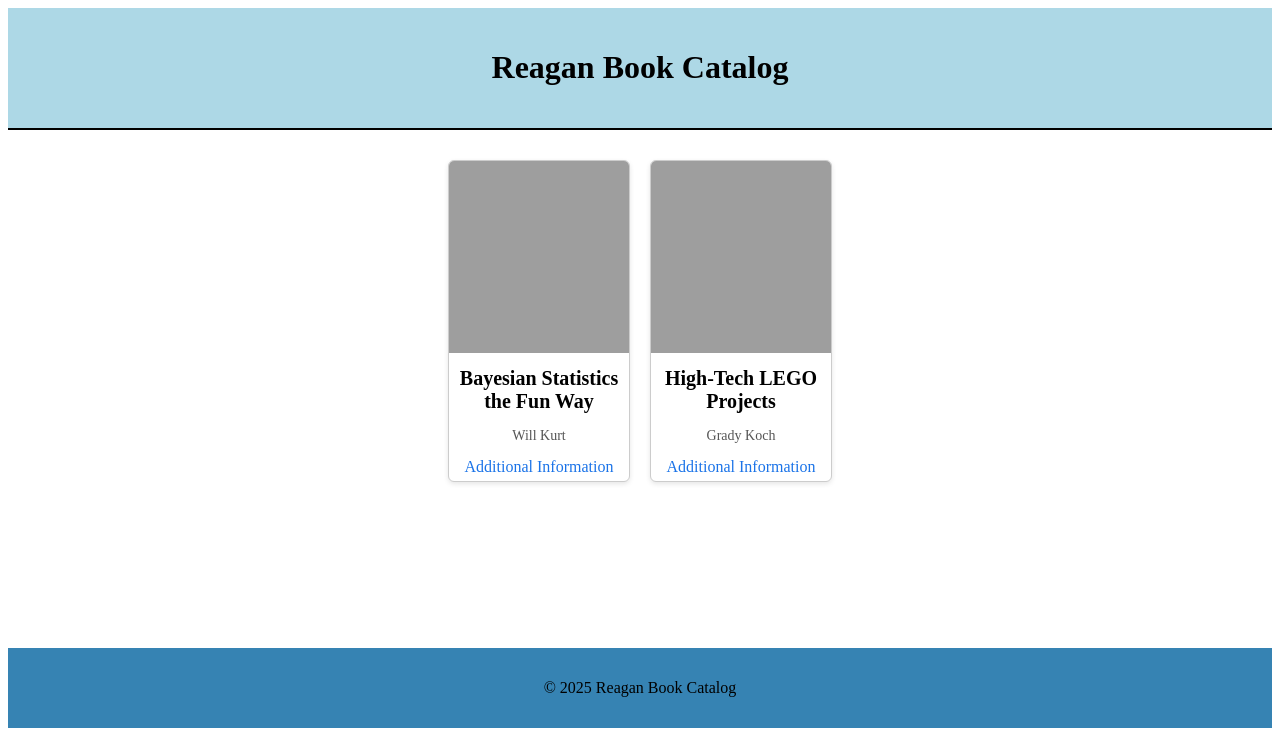
Repository: antyc0817/COMP-3170-Assignment-2-Reagan
Page: /
The author's editor kept a copy of each file at every save. The page is drawn from the files as they stood at one save, then again after the next save.
The browser window is 1280 px wide. The pictures show the whole page.
Pictures or frames that could not be fetched are drawn as grey boxes. The project was rebuilt for these pictures with package versions that can differ from the ones it lists, and the page was loaded fresh each time. Also part of the build but not shown: vite.config.js, src/index.css.

Above is the page before, as saved 2025-09-10 22:57:07.

After the next save:
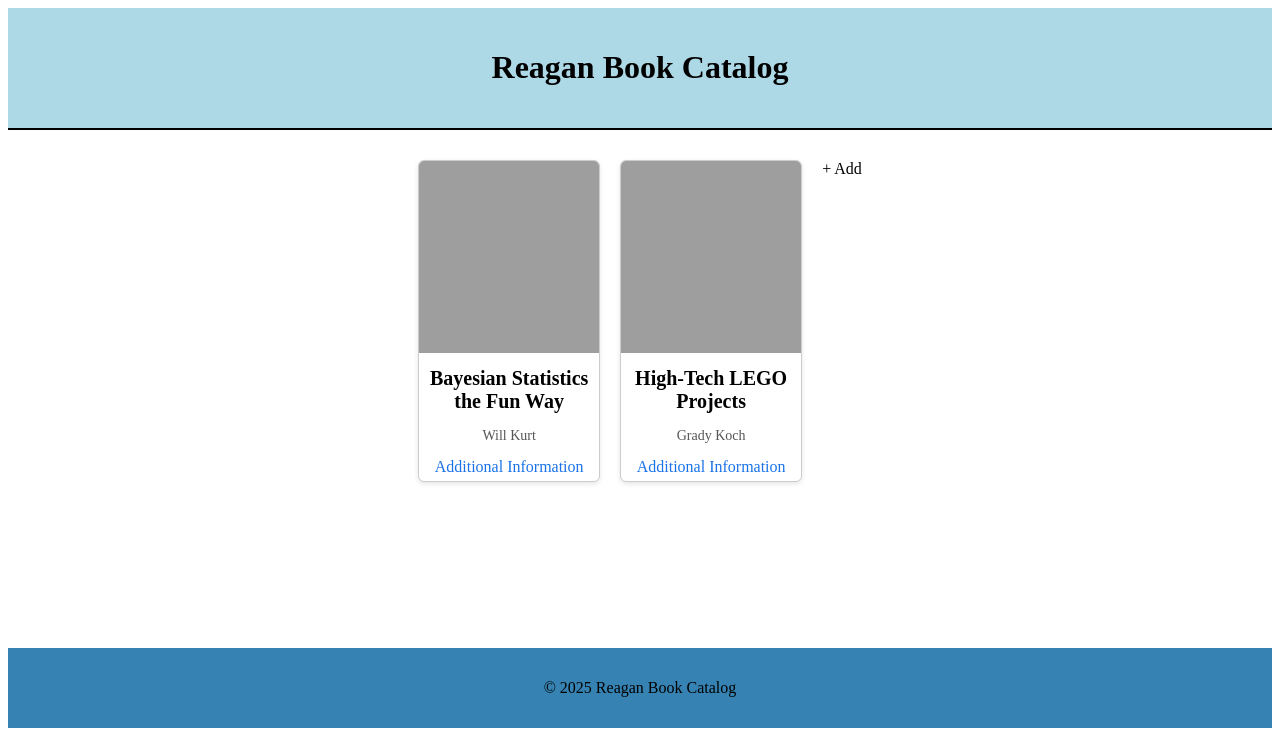
Saved 21 min 47 s later.
--- a/src/App.jsx
+++ b/src/App.jsx
@@ -21,6 +21,7 @@ function App() {
                     authors='Grady Koch'
                     link='https://itbook.store/books/9781718500259'
                 />
+                <div className='add-button'>+ Add</div>
             </main>
 
             <footer>
